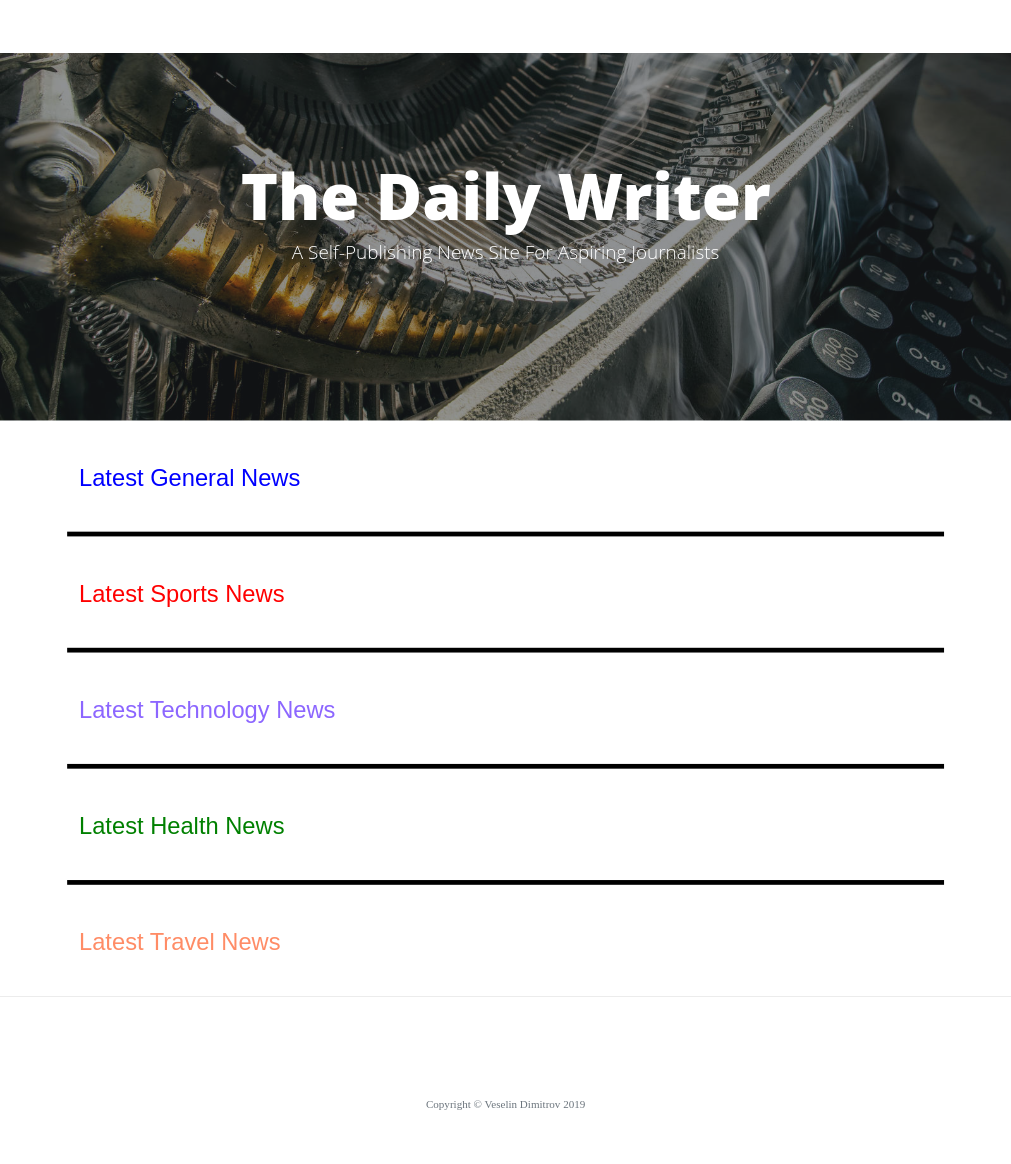
Repository: Vesss/Blog-Project
Page: http://localhost/
The author's editor kept a record of every edit. The page is drawn from the files as they stood at one moment, then again after the next edit.
The browser window is 1280 px wide. The pictures show the whole page, at 79% of full size.
The page is served by the project's application, run on Flask 3 (app.py). Queries for data that is not in the repository find no rows.

Above is the page before.

After the next edit:
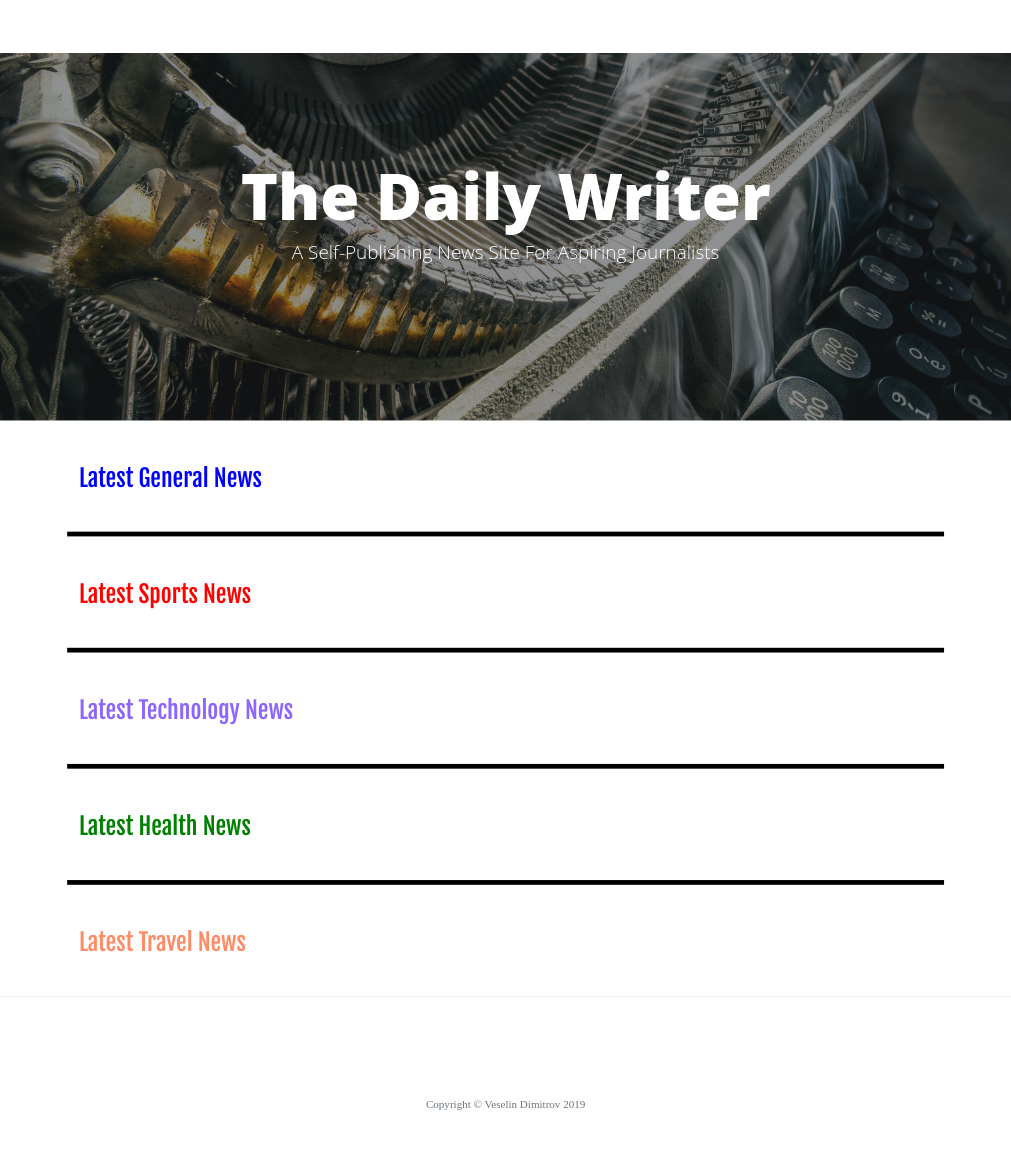
The edit:
--- a/templates/base.html
+++ b/templates/base.html
@@ -7,6 +7,7 @@
     <link href="https://fonts.googleapis.com/css?family=Exo+2:700&display=swap" rel="stylesheet">
     <link href="https://fonts.googleapis.com/css?family=Exo+2:500i&display=swap" rel="stylesheet">
     <link href="https://fonts.googleapis.com/css?family=Open+Sans+Condensed:300&display=swap" rel="stylesheet">
+    <link href="https://fonts.googleapis.com/css?family=Fjalla+One&display=swap" rel="stylesheet">
     <link rel="stylesheet" href="{{ url_for('static', filename='vendor/bootstrap/css/bootstrap.min.css') }}" type="text/css" />
     <link rel="stylesheet" href="{{ url_for('static', filename='css/clean-blog.min.css') }}" type="text/css" />
     <link rel="stylesheet" href="{{ url_for('static', filename='css/style.css') }}" type="text/css" />
